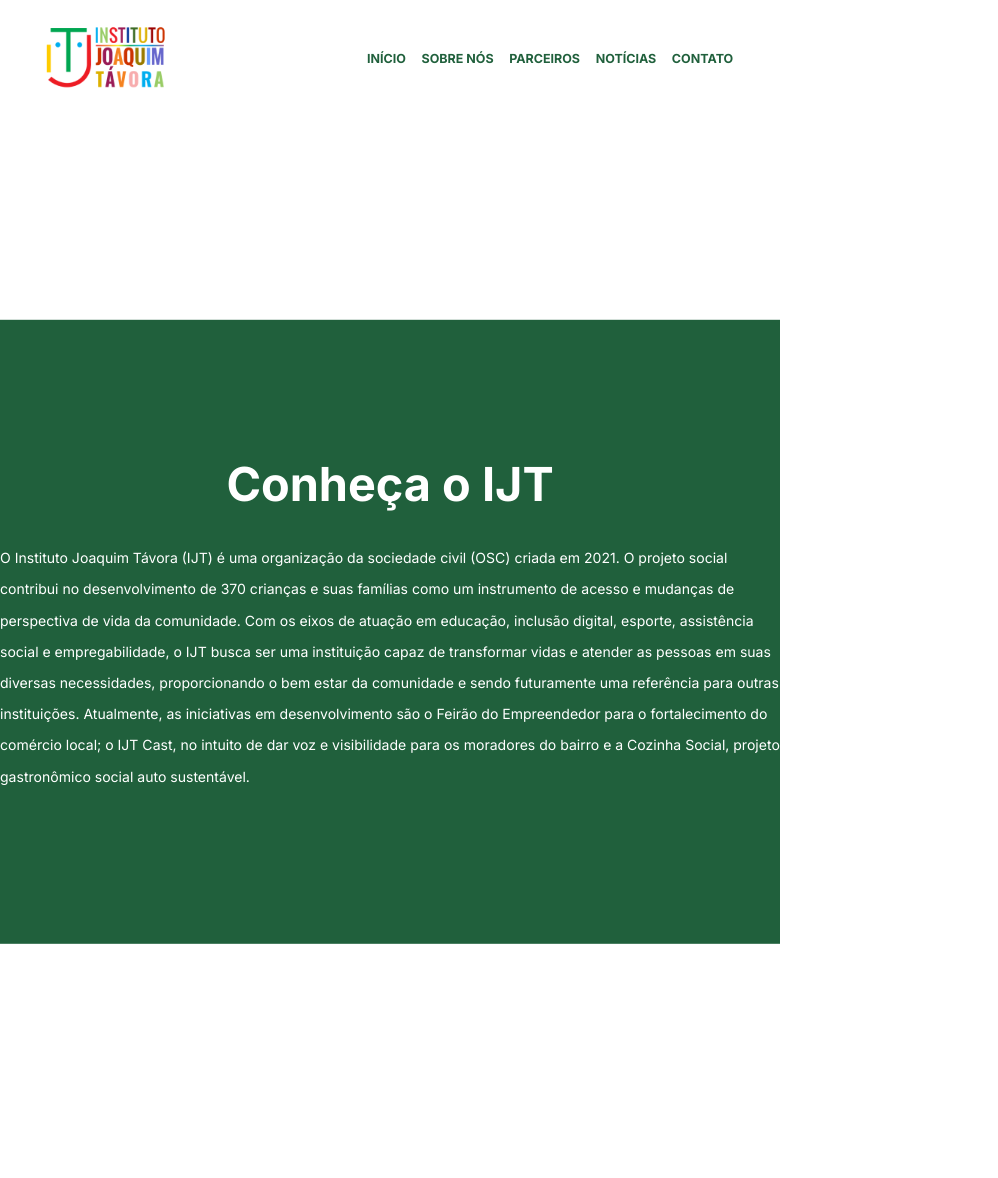
Repository: MarcelloMello90/itj2
Page: index.html
An editor plug-in stored every save of this project. The page is shown before and after the next save, followed by the edit.
The browser window is 1280 px wide. The pictures show the whole page, at 78% of full size.

Above is the page before, as saved 2024-07-24 10:24:09.

After the next save:
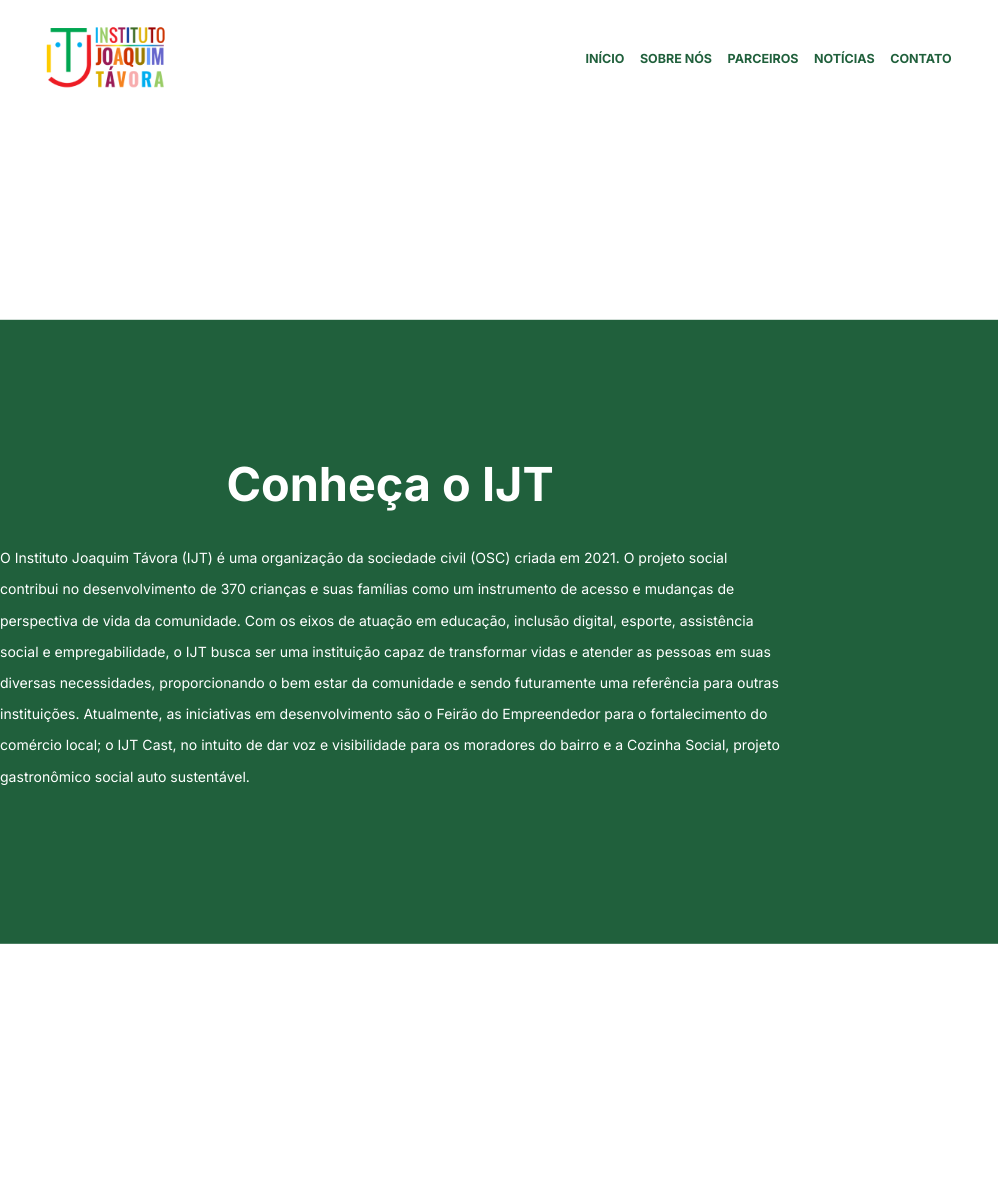
Saved 78 s later.
--- a/style.css
+++ b/style.css
@@ -41,7 +41,7 @@
   font-size: 1.6rem;
   font-family: var(--ff-01);
 
-  width: 450px;
+  width: 100vw;
   height: 100vh;
 }
 
